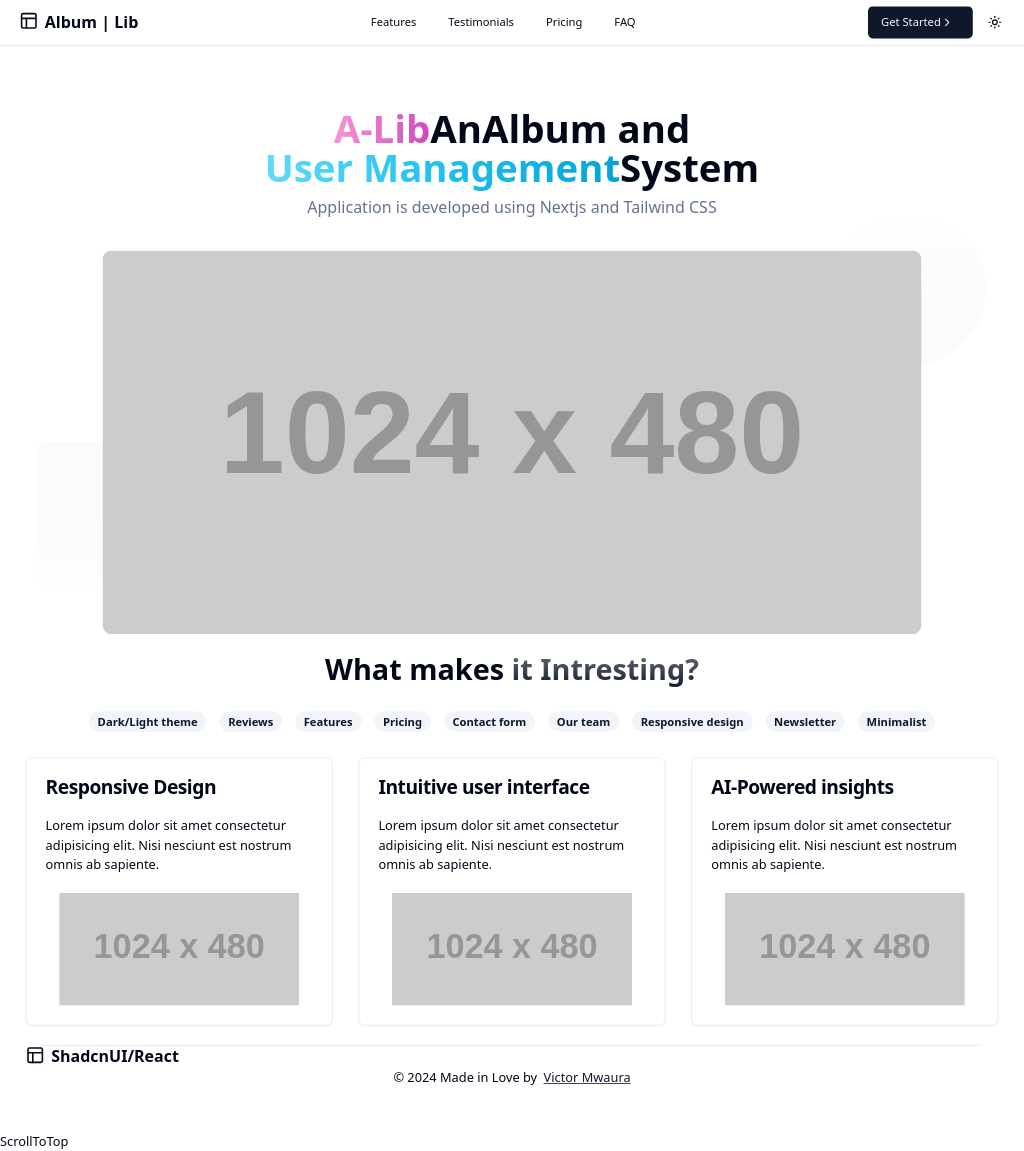
Repository: DevLaukey/savannah-informatics-test
Page: /
The author's editor kept a copy of each file at every save. The page is drawn from the files as they stood at one save, then again after the next save.
The browser window is 1280 px wide. The pictures show the whole page, at 80% of full size.
The project was rebuilt for these pictures with package versions that can differ from the ones it lists, and the page was loaded fresh each time. The framework's server and built-in components were replaced by stand-ins that run in the browser. Also part of the build but not shown: next.config.mjs.

Above is the page before, as saved 2024-06-04 22:34:29.

After the next save:
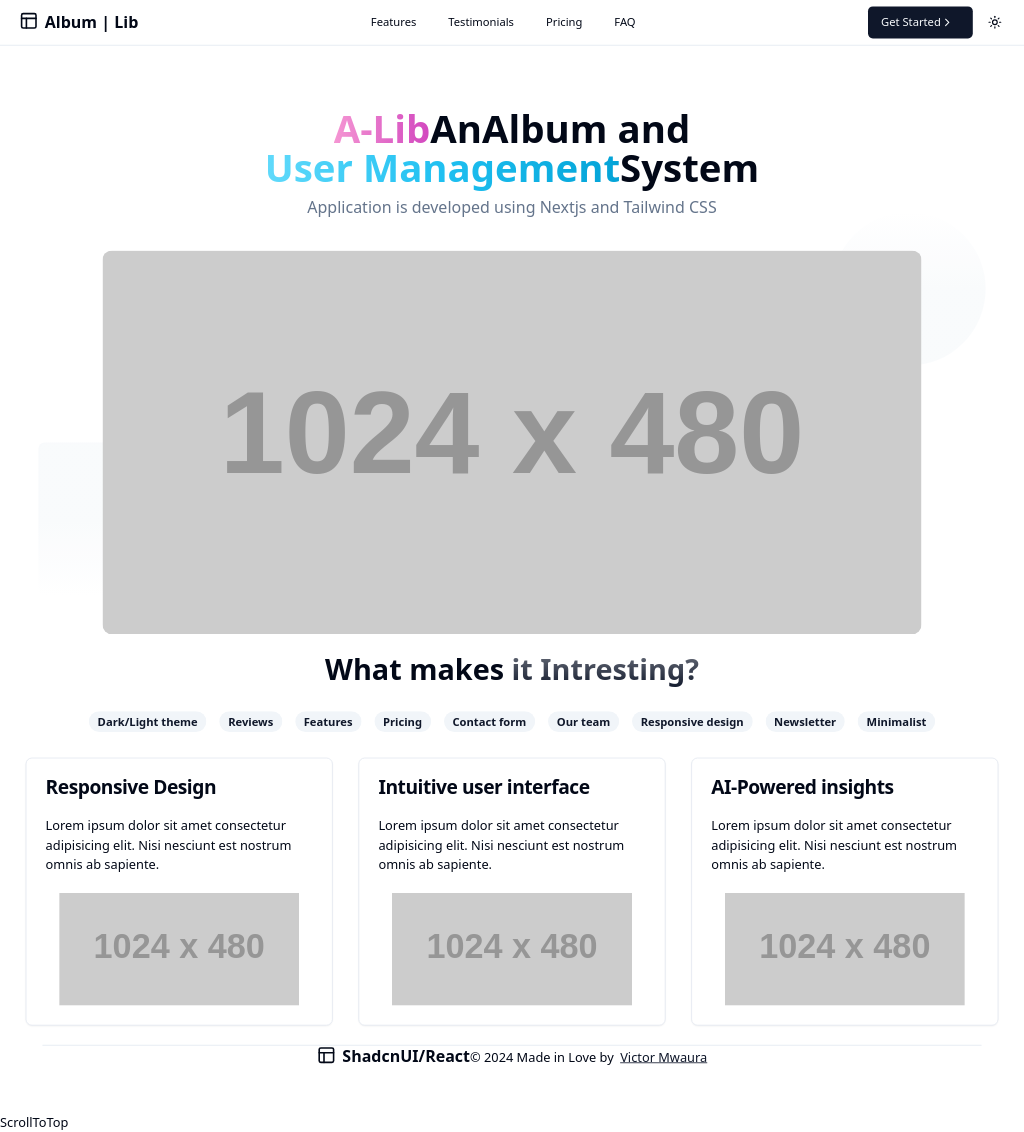
Saved 6 s later.
--- a/components/Footer.jsx
+++ b/components/Footer.jsx
@@ -5,7 +5,7 @@ export const Footer = () => {
     <footer id="footer">
       <hr className="w-11/12 mx-auto" />
 
-      <section className="container pb-14 text-center items-center justify-center">
+      <section className="container flex pb-14 text-center items-center justify-center">
         <div className="col-span-full xl:col-span-2">
           <a
             rel="noreferrer noopener"
